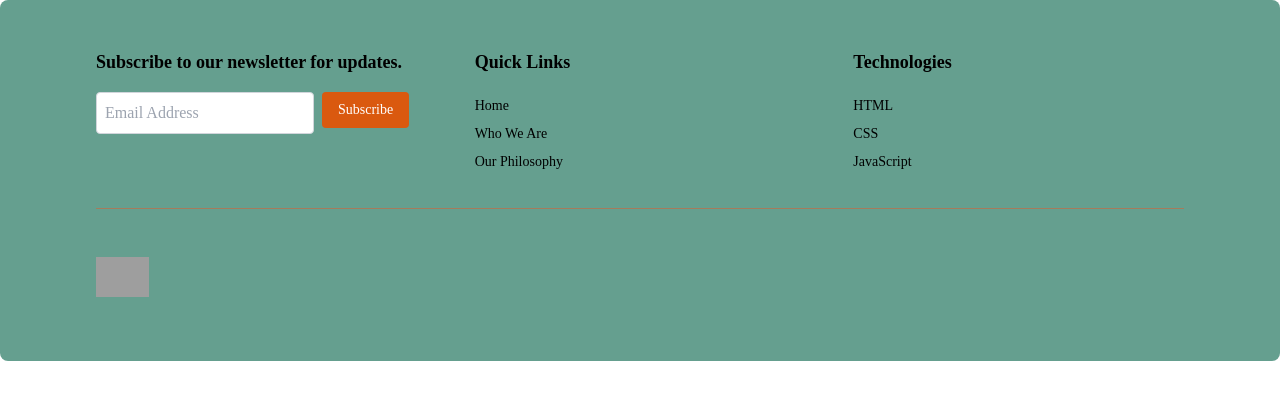
Repository: andajonas/Module_08_ANDJON25111_fto2502_A2_Anda-Jonas_SDF05
Page: index.html
The author's editor kept a copy of each file at every save. The page is drawn from the files as they stood at one save, then again after a run of saves.
The browser window is 1280 px wide. The pictures show the whole page.
Pictures or frames that could not be fetched are drawn as grey boxes. Some web libraries are served in a nearby version.

Above is the page before, as saved 2025-03-28 09:54:44.

After the next 2 saves:
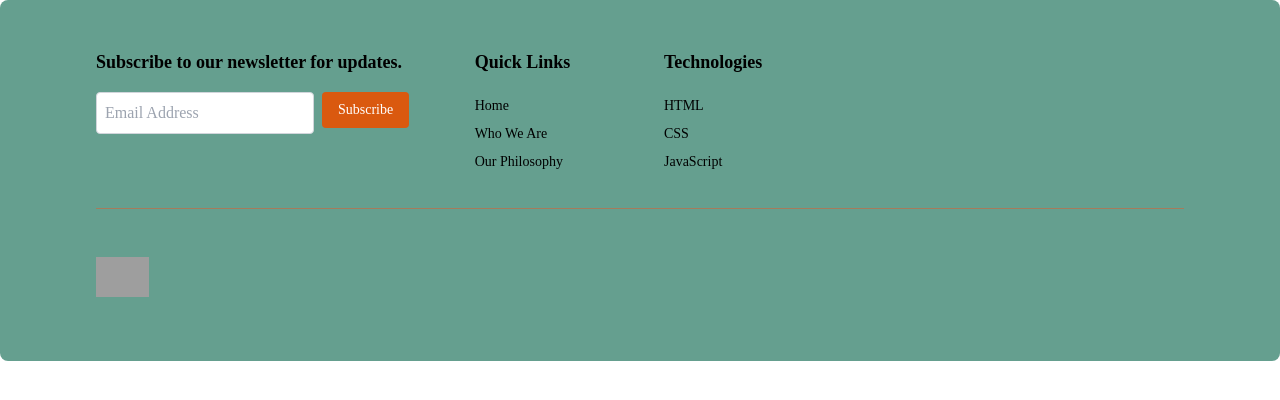
The 2 saves are shown as one change because they came seconds apart.
The last was saved 7 min 59 s later.
--- a/index.html
+++ b/index.html
@@ -3,17 +3,17 @@
 <head>
     <meta charset="UTF-8">
     <meta name="viewport" content="width=device-width, initial-scale=1.0">
-    <title>Footer </title>
+    <title>Footer with Tailwind CSS</title>
     <script src="https://cdn.tailwindcss.com"></script>
-  <link href="https://cdn.jsdelivr.net/npm/tailwindcss@2.2.19/dist/tailwind.min.css" rel="stylesheet">
+    <link href="https://cdn.jsdelivr.net/npm/tailwindcss@2.2.19/dist/tailwind.min.css" rel="stylesheet">
 </head>
 <body class="font-[Poppins]">
     <footer class="bg-[#659f8f] py-12 px-6 md:px-24 rounded-lg">
         <div class="max-w-6xl mx-auto">
-            <div class="grid grid-cols-1 md:grid-cols-3 gap-12 text-center md:text-left items-start">
+            <div class="grid grid-cols-1 sm:grid-cols-1 md:grid-cols-1 lg:grid-cols-3 gap-12 text-center md:text-left">
 
                 <!-- Newsletter Section -->
-                <div class="h-full">
+                <div>
                     <h3 class="text-lg font-semibold text-black mb-4">Subscribe to our newsletter for updates.</h3>
                     <div class="flex flex-col md:flex-row items-center md:items-start gap-2">
                         <input type="email" placeholder="Email Address"
@@ -22,25 +22,28 @@
                     </div>
                 </div>
 
-                <!-- Quick Links -->
-                <div class="h-full">
-                    <h3 class="text-lg font-semibold text-black mb-4">Quick Links</h3>
-                    <ul>
-                        <li><a href="#" class="text-black text-sm block py-1">Home</a></li>
-                        <li><a href="#" class="text-black text-sm block py-1">Who We Are</a></li>
-                        <li><a href="#" class="text-black text-sm block py-1">Our Philosophy</a></li>
-                    </ul>
+                <div class="grid grid-cols-1 md:grid-cols-2 gap-12">
+                    <!-- Quick Links -->
+                    <div>
+                        <h3 class="text-lg font-semibold text-black mb-4">Quick Links</h3>
+                        <ul>
+                            <li><a href="#" class="text-black text-sm block py-1">Home</a></li>
+                            <li><a href="#" class="text-black text-sm block py-1">Who We Are</a></li>
+                            <li><a href="#" class="text-black text-sm block py-1">Our Philosophy</a></li>
+                        </ul>
+                    </div>
+
+                    <!-- Technologies -->
+                    <div>
+                        <h3 class="text-lg font-semibold text-black mb-4">Technologies</h3>
+                        <ul>
+                            <li><a href="#" class="text-black text-sm block py-1">HTML</a></li>
+                            <li><a href="#" class="text-black text-sm block py-1">CSS</a></li>
+                            <li><a href="#" class="text-black text-sm block py-1">JavaScript</a></li>
+                        </ul>
+                    </div>
                 </div>
 
-                <!-- Technologies -->
-                <div class="h-full">
-                    <h3 class="text-lg font-semibold text-black mb-4">Technologies</h3>
-                    <ul>
-                        <li><a href="#" class="text-black text-sm block py-1">HTML</a></li>
-                        <li><a href="#" class="text-black text-sm block py-1">CSS</a></li>
-                        <li><a href="#" class="text-black text-sm block py-1">JavaScript</a></li>
-                    </ul>
-                </div>
             </div>
 
             <!-- Divider -->
